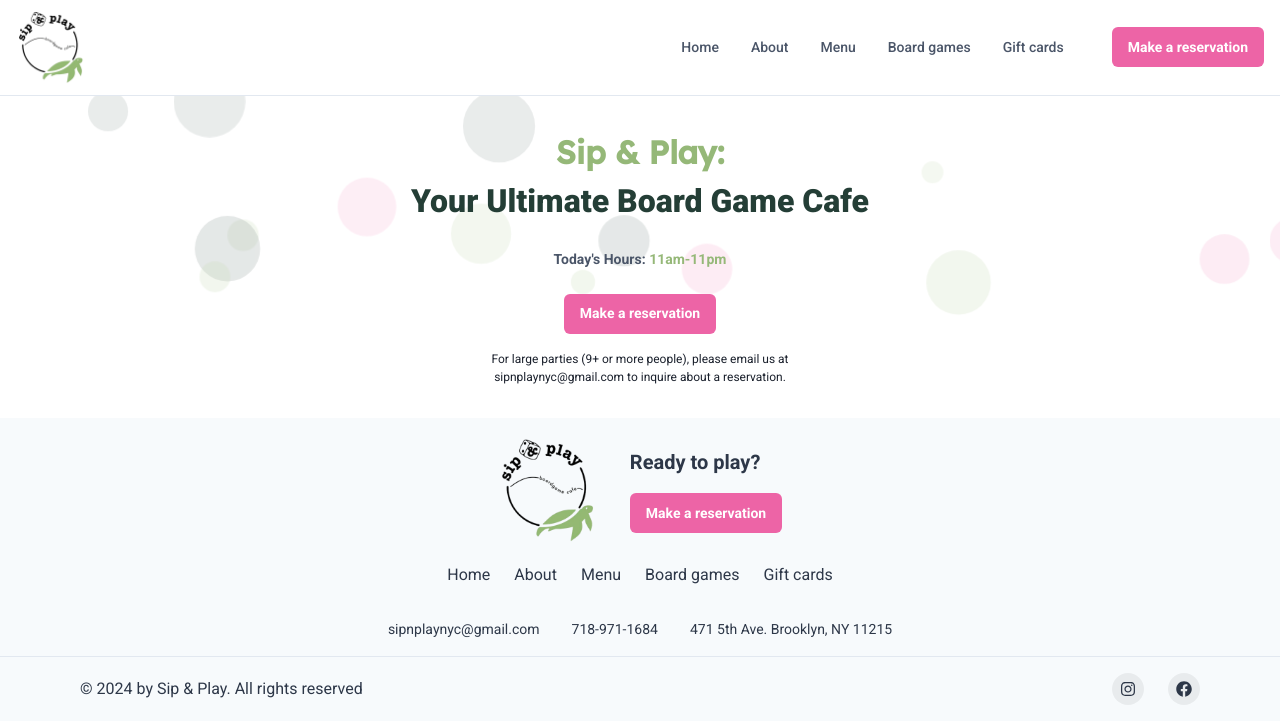
Repository: natespinetti/codedexsummerhackathon
Page: /
An editor plug-in stored every save of this project. The page is shown before and after the next save, followed by the edit.
The browser window is 1280 px wide. The pictures show the whole page.
The project was rebuilt for these pictures with package versions that can differ from the ones it lists, and the page was loaded fresh each time. The framework's server and built-in components were replaced by stand-ins that run in the browser. Also part of the build but not shown: next.config.mjs.

Above is the page before, as saved 2024-07-11 16:10:24.

After the next save:
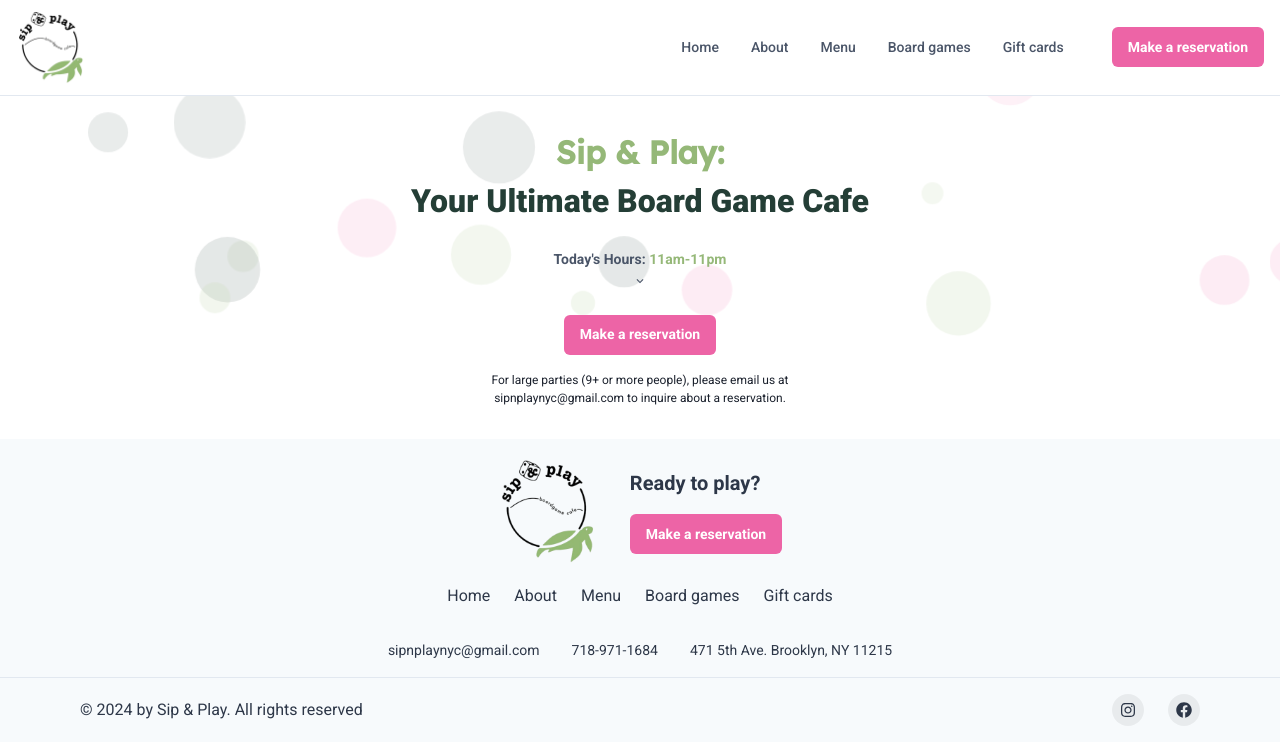
Saved 89 s later.
--- a/app/components/CurrentDaysHours.tsx
+++ b/app/components/CurrentDaysHours.tsx
@@ -12,6 +12,12 @@
   Button,
   PopoverAnchor,
 } from "@chakra-ui/react";
+import {
+  HamburgerIcon,
+  CloseIcon,
+  ChevronDownIcon,
+  ChevronRightIcon,
+} from "@chakra-ui/icons";
 
 const openingHours: { [key: number]: string } = {
   0: "10am-11pm", //Sunday
@@ -50,6 +56,7 @@
                 {hours}
               </Text>
             </Text>
+            <ChevronDownIcon />
           </Box>
         </PopoverTrigger>
 

After the save that followed:
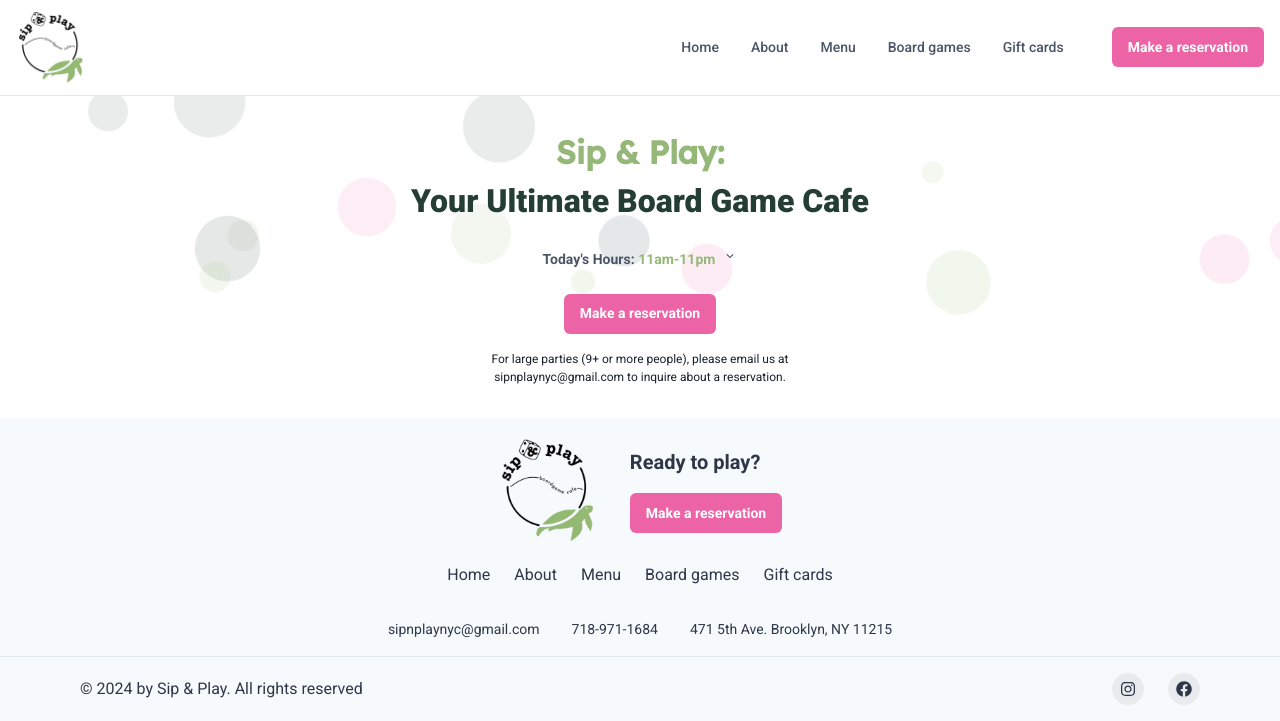
Saved 22 s later.
--- a/app/components/CurrentDaysHours.tsx
+++ b/app/components/CurrentDaysHours.tsx
@@ -50,13 +50,15 @@
               color: linkHoverColor,
             }}
           >
-            <Text fontWeight="bold">
-              Today's Hours:{" "}
-              <Text color="#95b878" as="span">
-                {hours}
+            <Box display="flex" flexDir="row" gridGap=".5rem">
+              <Text fontWeight="bold">
+                Today's Hours:{" "}
+                <Text color="#95b878" as="span">
+                  {hours}
+                </Text>
               </Text>
-            </Text>
-            <ChevronDownIcon />
+              <ChevronDownIcon />
+            </Box>
           </Box>
         </PopoverTrigger>
 
